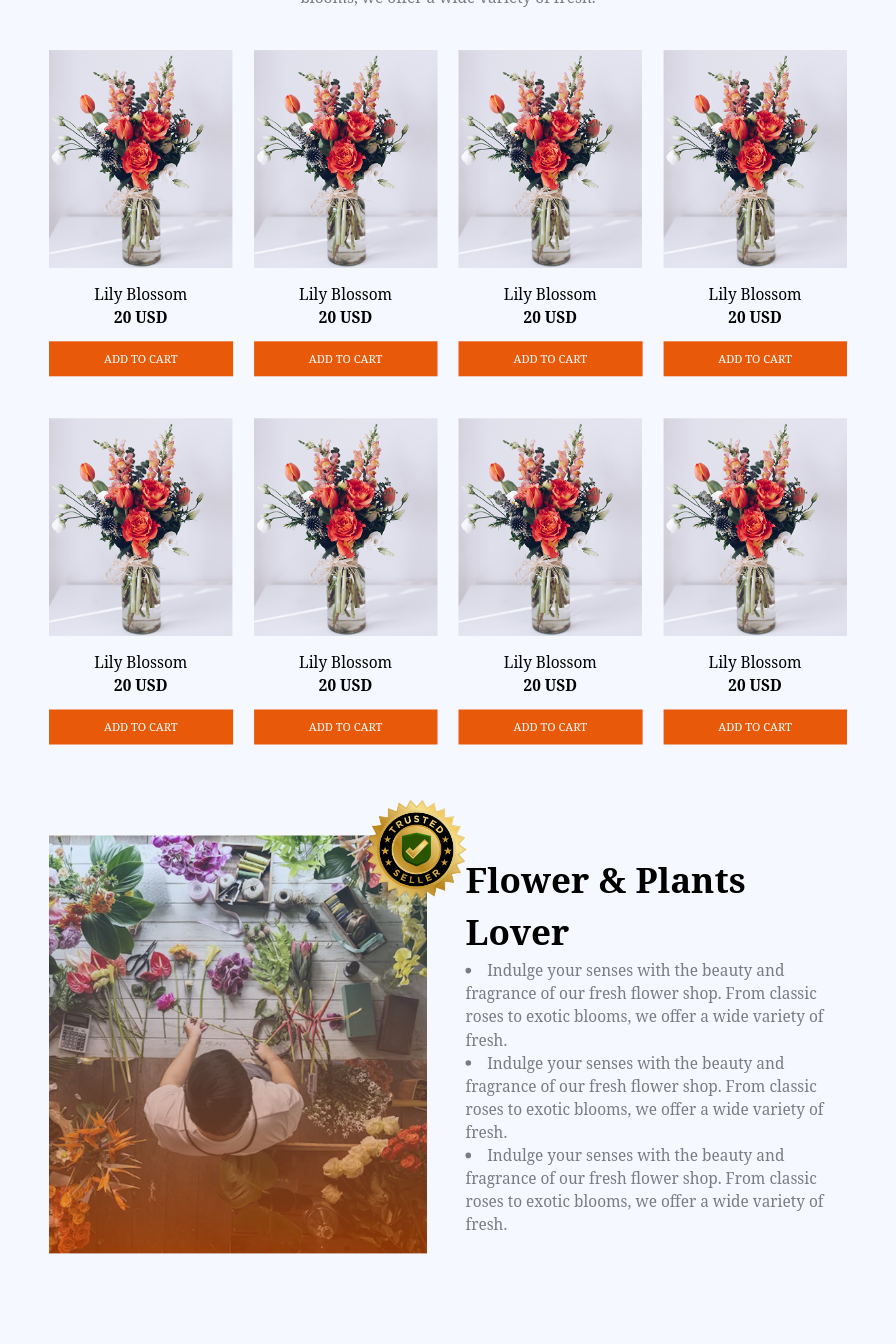
Repository: nahid-hasann/website-7
Page: index.html
An editor plug-in stored every save of this project. The page is shown before and after the next save, followed by the edit.
The browser window is 1280 px wide. The pictures show the part of the page from y = 962 to 2882 px (the page is 2882 px tall), at 70% of full size.
Some web libraries are served in a nearby version.

Above is the page before, as saved 2025-07-24 13:08:45.

After the next save:
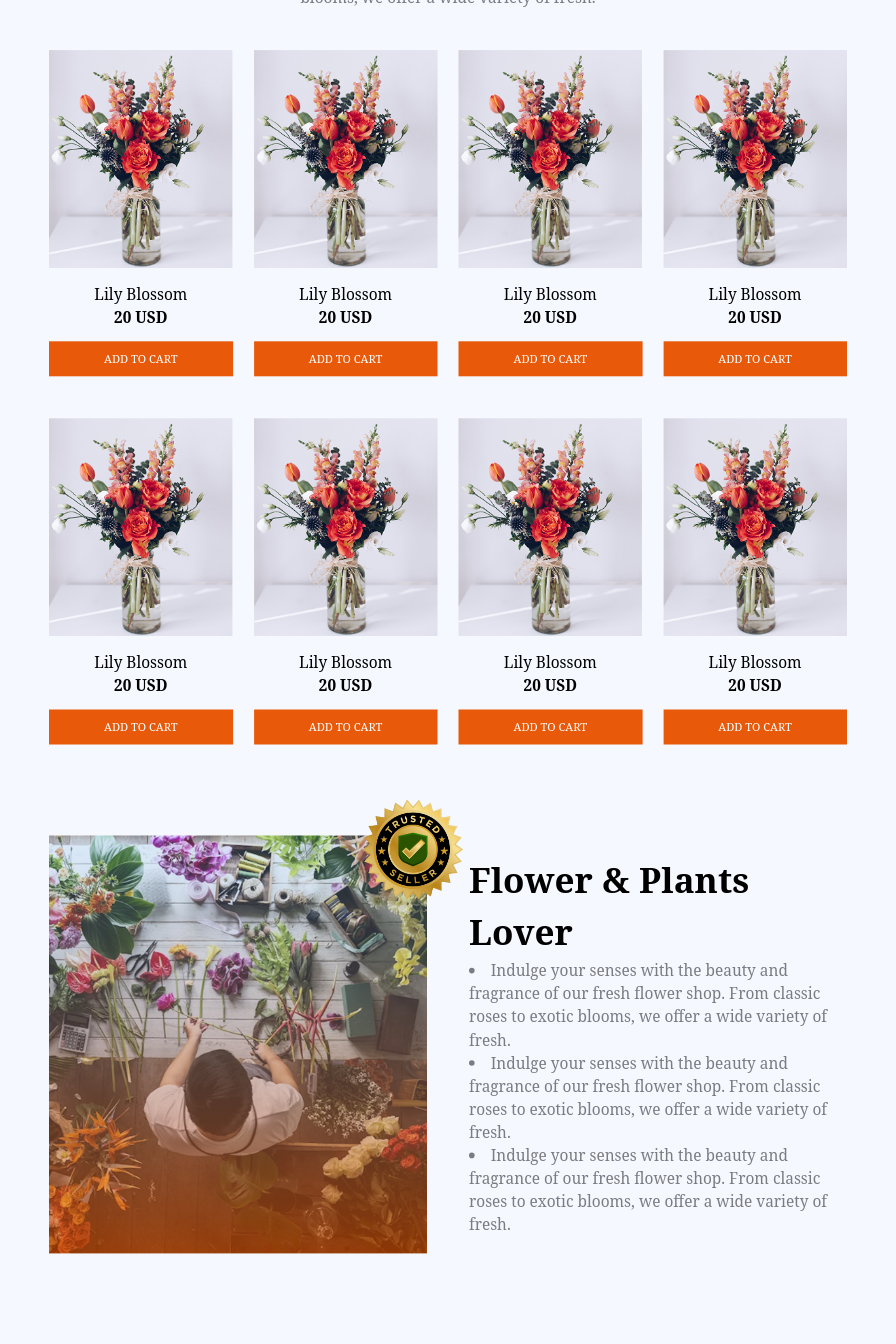
Saved 10 s later.
--- a/style.css
+++ b/style.css
@@ -155,7 +155,7 @@ nav{
      grid-template-columns: 1fr 1fr;
     align-items: center;
     justify-content: center;
-    gap: 50px;
+    gap: 60px;
 }
 
 .plants-lover-img{
